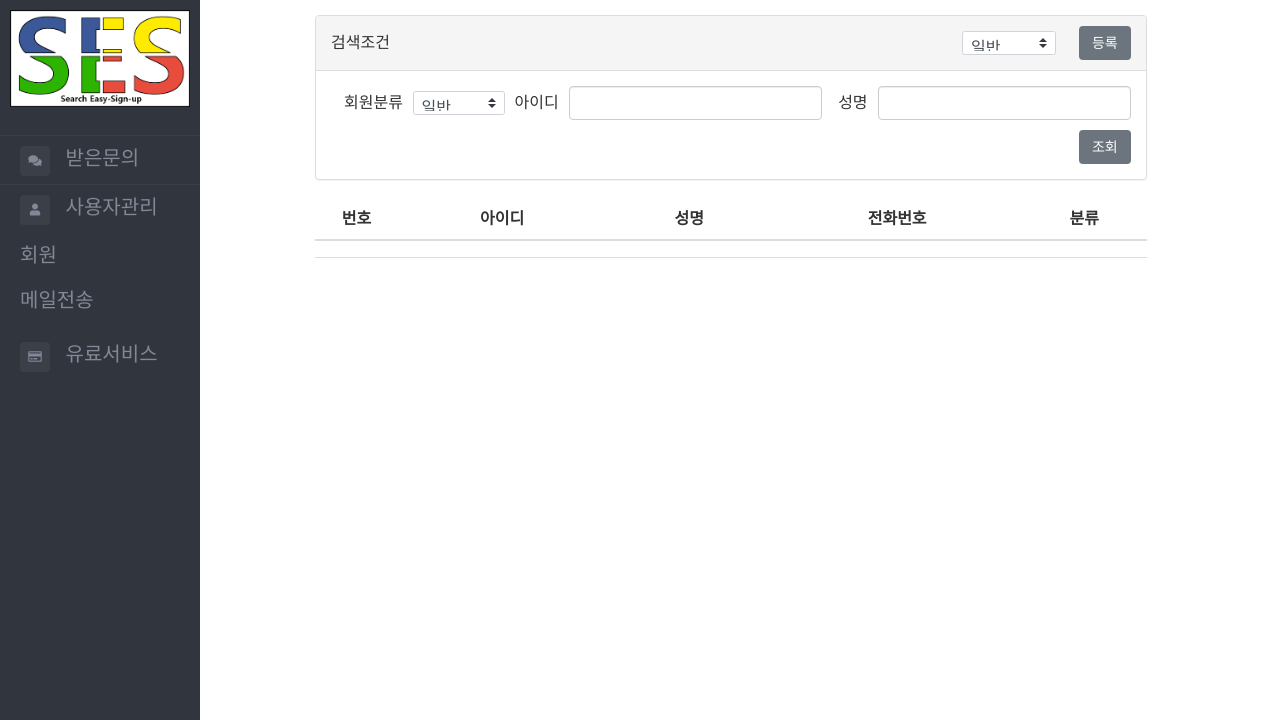
Repository: hyun5292/school
Page: http://localhost/adminSES/WEB-INF/views/member/m_search.jsp
These files come from the project's save history. The page is drawn as it stood at one moment and after the next save; the edit follows.
The browser window is 1280 px wide. The pictures show the whole page.
Some web libraries are served in a nearby version. The page is served by Tomcat 9. Nobody is signed in. The template is opened directly, without the code that normally fills it, so the values that code supplies are empty.

Above is the page before, as saved 2020-11-09 08:47:08.

After the next save:
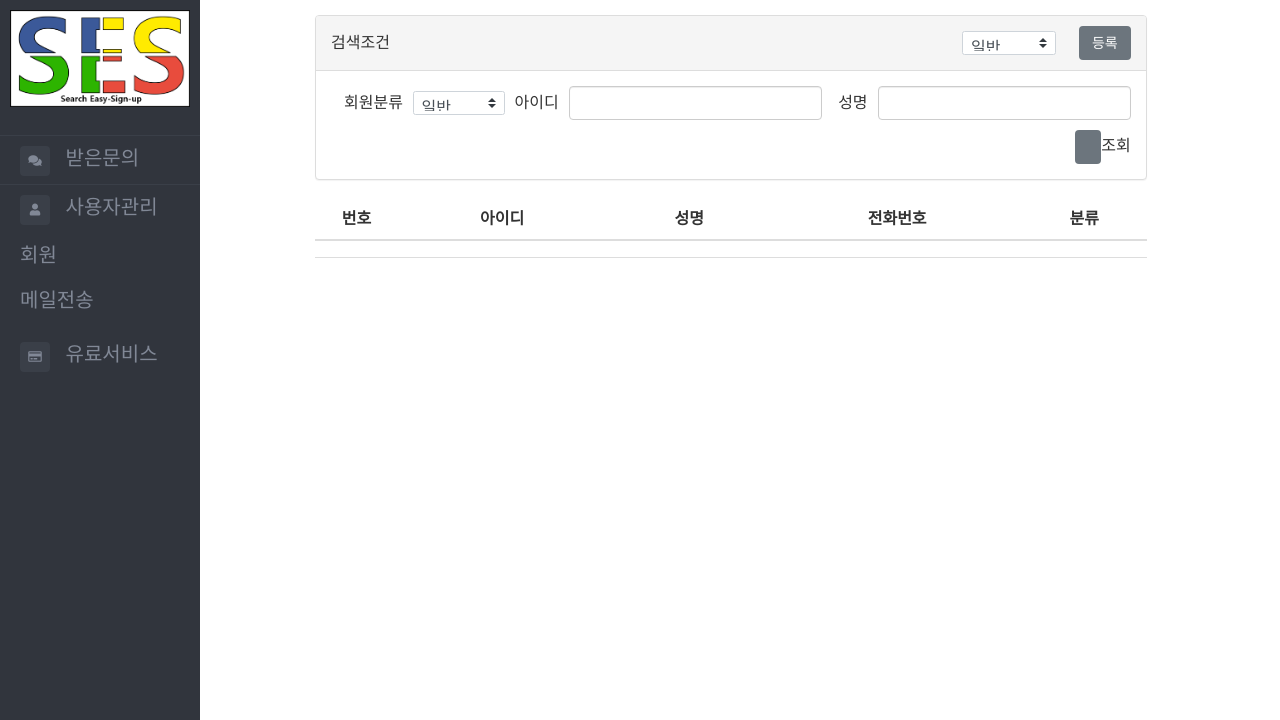
Saved 2 min 39 s later.
--- a/sesAdmin/adminSES/src/main/webapp/WEB-INF/views/member/m_search.jsp
+++ b/sesAdmin/adminSES/src/main/webapp/WEB-INF/views/member/m_search.jsp
@@ -129,7 +129,7 @@
 										</tr>
 										<tr>
 											<td colspan="10" align="right">
-												<button type="button" class="btn btn-secondary">조회</button>
+												<input type="button" class="btn btn-secondary">조회</button>
 											</td>
 										</tr>
 									</tbody>

After the save that followed:
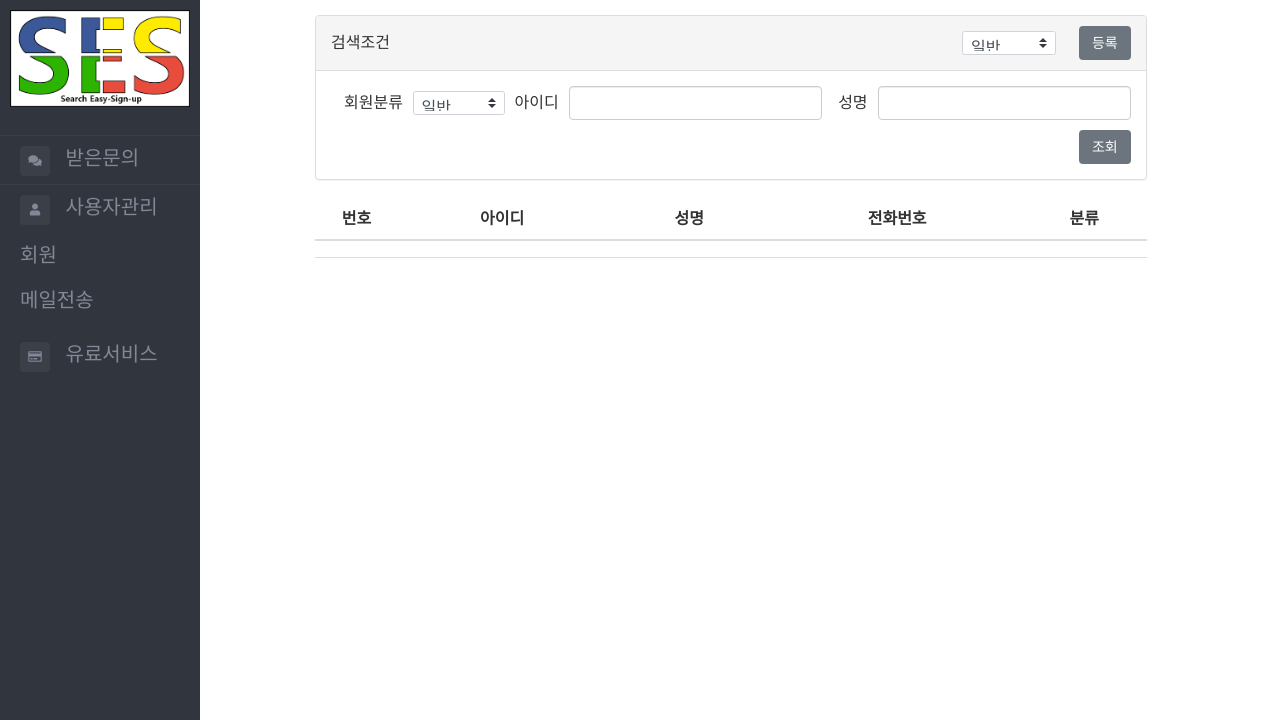
Saved 76 s later.
--- a/sesAdmin/adminSES/src/main/webapp/WEB-INF/views/member/m_search.jsp
+++ b/sesAdmin/adminSES/src/main/webapp/WEB-INF/views/member/m_search.jsp
@@ -129,7 +129,7 @@
 										</tr>
 										<tr>
 											<td colspan="10" align="right">
-												<input type="button" class="btn btn-secondary">조회</button>
+												<input type="button" class="btn btn-secondary" value="조회">
 											</td>
 										</tr>
 									</tbody>
